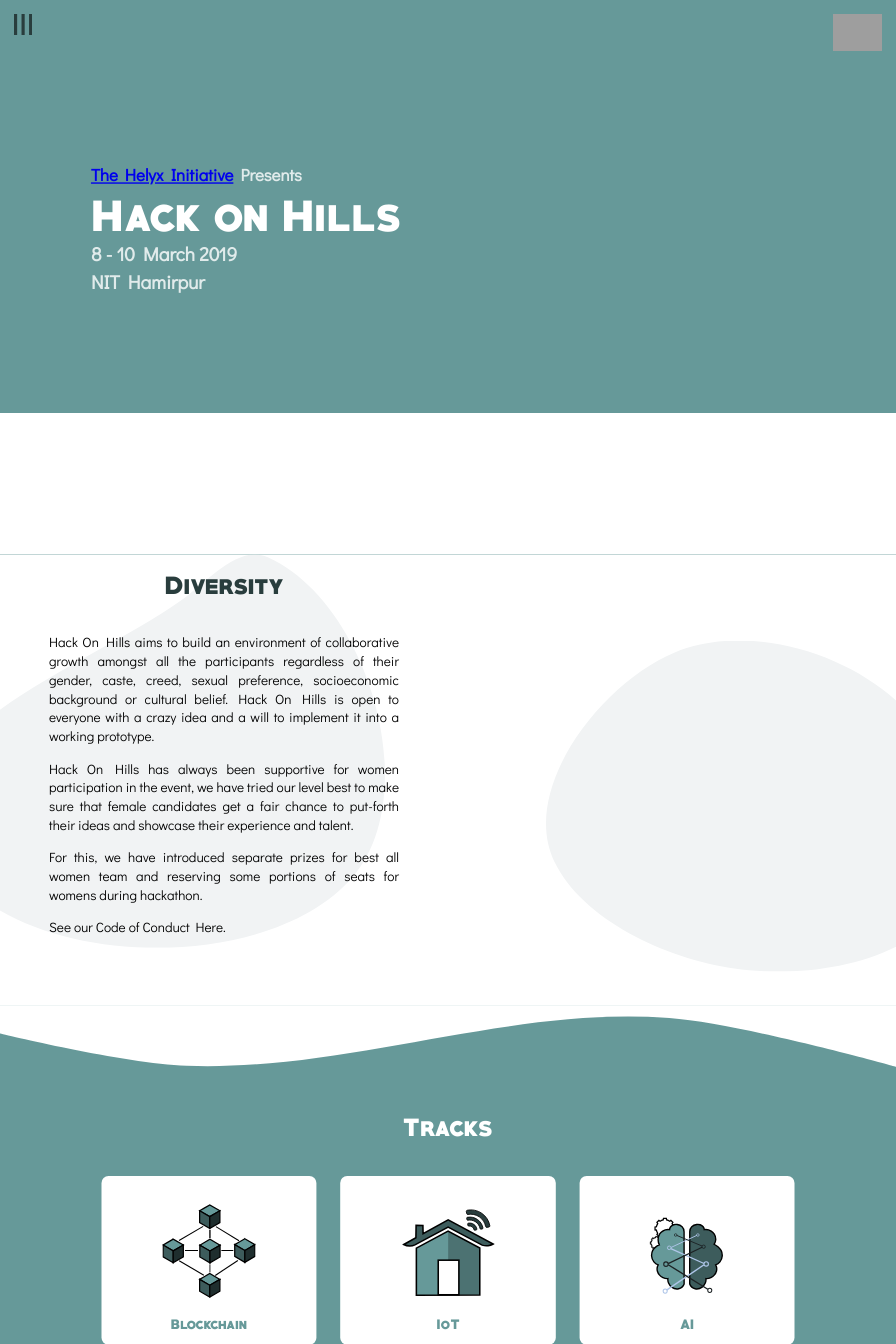
Repository: yashg4509/helyxhacksIII
Page: index.html
These files come from the project's save history. The page is drawn as it stood at one moment and after the next save; the edit follows.
The browser window is 1280 px wide. The pictures show the part of the page from y = 0 to 1920 px (the page is 8956 px tall), at 70% of full size.
Pictures or frames that could not be fetched are drawn as grey boxes. A picture or video elsewhere on the page could not be fetched, so the positions and the page height are approximate.

Above is the page before, as saved 2021-02-17 22:10:34.

### index.html
<!DOCTYPE html>
<html>
<head>
	<title> Helyx Hacks III</title>
	<meta http-equiv="Content-Type" content="text/html; charset=UTF-8">
	<meta name="viewport" content ="width=device-width, initial-scale=1.0, user-scalable=no">
	<meta name="description" content="Helyx Hacks III - Third edition of annual hackathon organized by The Helyx Initiative">
	<meta name="author" content="Yash Gupta <yash@helyxscience.org>">
	<link rel="shortcut icon" href="./images/new_logo.png" type="image/x-icon" />
	<link rel="stylesheet" type="text/css" href="./css/main.css">
	<link rel="stylesheet" type="text/css" href="./css/responsive.css">
	<link href="https://fonts.googleapis.com/css?family=Didact+Gothic" rel="stylesheet">
	<script src="https://code.jquery.com/jquery-3.3.1.js" integrity="sha256-2Kok7MbOyxpgUVvAk/HJ2jigOSYS2auK4Pfzbm7uH60=" crossorigin="anonymous"></script>
	<!-- <script>
		document.addEventListener('DOMContentLoaded', function () {
			let devfolioOptions = {
					buttonSelector: '#devfolio-apply-now',
					key: 'hackonhills',
			}

			let script = document.createElement('script');
			script.src = "https://apply.devfolio.co";
			document.head.append(script);

			script.onload = function () {
					new Devfolio(devfolioOptions);
					let e1 = document.createElement('div');
					e1.className = "button-back";
					document.getElementById("devfolio-apply-now").appendChild(e1);
			}

			script.onerror = function () {
					document.querySelector(devfolioOptions.buttonSelector).addEventListener('click', function () {
						window.location.href = 'https://devfolio.co/external-apply/' + devfolioOptions.key;
					});
			}
		});
	</script> -->
</head>
<body>
	<div class="header">
		<div class="blurred"></div>
		<ul class="nav">
			<li class="head">
				<span class="closeHeader">
					<img src="./images/cross.svg">
				</span>
			</li>
			<li class="navItem active"> Home </li>
			<li class="navItem"> Diversity </li>
			<!-- <li class="navItem"> Gallery </li> -->
			<li class="navItem"> Tracks </li>
			<li class="navItem"> Schedule </li>
			<li class="navItem"> Sponsors </li>
			<li class="navItem"> Prizes </li>
			<li class="navItem"> FAQs </li>
		</ul>
	</div>
	<div class="fullOverlay"></div>
	<div class="content">
		<div class="hamburger">
			<img src="./images/menu.svg">
		</div>
		<div class="appteam-logo">
			<!--<img src="./images/logo.svg" title="App Team NITH">-->
		</div>
		<div class="frame frame1">
			<img src="./images/back-1.svg" class="img-back">
			<div class="frame1-right">
				<img src="./images/frame1-icon.svg">
			</div>
			<div class="frame1-left">
				<div class="content">
					<div class="sponsor-name"> <a href="https://helyx.science" class="sponsor-link">The Helyx Initiative</a> Presents </div>
					<div class="name"> Hack on Hills</div><br>
					<div class="date"> 8 - 10 March 2019 </div><br>
					<div class="date"> NIT Hamirpur </div>
					<!-- <div class="devfolio">
						<button id="devfolio-apply-now"> Apply With Devfolio </button>
					</div> -->
				</div>
			</div>
			<div class="app-team-icon">
				<img src="./images/appteam.png">
			</div>
		</div>
		<div class="frame frame2">
			<img class="img-back-left" src="./images/back-2.svg">
			<img class="img-back" src="./images/back-3.svg">
			<div class="frame2-left">
				<img src="./images/frame1-right.svg">
			</div>
			<div class="frame2-right">
				<div class="name"> Diversity </div>
				<div class="content">
					<p>
						Hack On Hills aims to build an environment of collaborative growth amongst all the participants regardless of their gender, caste, creed, sexual preference, socioeconomic background or cultural belief. Hack On Hills is open to everyone with a crazy idea and a will to implement it into a working prototype.
					</p>
					<p>
						Hack On Hills has always been supportive for women participation in the event, we have tried our level best to make sure that female candidates get a fair chance to put-forth their ideas and showcase their experience and talent.
					</p>
					<p>
						For this, we have introduced separate prizes for best all women team and reserving some portions of seats for womens during hackathon.
					</p>
					<p>
						See our Code of Conduct <a href="https://hackcodeofconduct.org/847-hack_on_hills" target="__blank">Here</a>.
					</p>
				</div>
			</div>
		</div>
		<div class="frame frame3">
			<img src="./images/back-4.svg" class="img-back">
			<img src="./images/back-5.svg" class="img-back-bottom">
			<div class="frame5-content">
				<div class="name"> Tracks </div>
				<div class="track-icons">
					<div class="a-track">
						<div class="colorless">
							<img src="./images/Tracks/blockchain.svg">
						</div>
						<div class="colorful">
							<img src="./images/Tracks/blockchain-color.svg">
						</div>
						<div class="track-name">
							Blockchain
						</div>
					</div>
					<div class="a-track">
						<div class="colorless">
							<img src="./images/Tracks/iot.svg">
						</div>
						<div class="colorful">
							<img src="./images/Tracks/iot-color.svg">
						</div>
						<div class="track-name">
							IoT
						</div>
					</div>
					<div class="a-track">
						<div class="colorless">
							<img src="./images/Tracks/ai.svg">
						</div>
						<div class="colorful">
							<img src="./images/Tracks/ai-color.svg">
						</div>

						<div class="track-name">
							AI
						</div>
					</div>
					<div class="a-track">
						<div class="colorless">
							<img src="./images/Tracks/webapp.svg">
						</div>
						<div class="colorful">
							<img src="./images/Tracks/webapp-color.svg">
						</div>
						<div class="track-name">
							Web&nbsp;/&nbsp;App
						</div>
					</div>
					<div class="a-track">
						<div class="colorless">
							<img src="./images/Tracks/vr.svg">
						</div>
						<div class="colorful">
							<img src="./images/Tracks/vr-color.svg">
						</div>
						<div class="track-name">
							AR&nbsp;/&nbsp;VR
						</div>
					</div>
					<div class="a-track">
						<div class="colorless">
							<img src="./images/Tracks/general.svg">
						</div>
						<div class="colorful">
							<img src="./images/Tracks/general-color.svg">
						</div>
						<div class="track-name">
							General
						</div>
					</div>
				</div>
			</div>
		</div>
		<div class="frame frame4">
			<img class="img-back-left" src="./images/back-3.svg">
			<img class="img-back" src="./images/back-2.svg">
			<div class="frame4-left">
				<img src="./images/frame2-right.svg">
			</div>
			<div class="frame4-right">
				<div class="name"> Timeline </div>
				<div class="timeline">
					<div class="schedule schedule-1">
						<div class="dot"></div>
						<div class="schedule-content">
							<div class="schedule-date"> 8th March 2019 </div>
							<div class="schedule-title"> Opening Ceremony and Pre Hackathon meet </div>
							<div class="schedule-text"> <span class="schedule-time"> 4:00 PM - </span> Inauguration </div>
							<div class="schedule-text"> <span class="schedule-time"> 4:25 PM - 4:30 PM - </span> Schedule + Rules of Events </div>
							<div class="schedule-text"> <span class="schedule-time"> 4:30 PM - 5:00 PM - </span> Github Keynote </div>
							<div class="schedule-text"> <span class="schedule-time"> 5:00 PM - 5:30 PM - </span> Mozilla AR/VA Talk </div>
							<div class="schedule-text"> <span class="schedule-time"> 5:30 PM - 6:00 PM - </span> Coding Blocks ML Talk </div>
							<div class="schedule-text"> <span class="schedule-time"> 6:00 PM - 7:00 PM - </span> Doubts and Team formation discussions </div>
						</div>
					</div>
					<div class="schedule schedule-2">
						<div class="dot"></div>
						<div class="schedule-content">
							<div class="schedule-date"> 9th March 2019 </div>
							<div class="schedule-title"> Hacking begins </div>
							<div class="schedule-text"> <span class="schedule-time"> 8:00 AM - </span> Commencement of Hackathon Day-1 </div>
							<div class="schedule-text"> <span class="schedule-time"> 11:00 AM - 12:00 PM - </span> Coding Blocks ML Workshop </div>
							<div class="schedule-text"> <span class="schedule-time"> 2:00 PM - 8:00 PM - </span> Evaluation Day-1 </div>
							<div class="schedule-text"> <span class="schedule-time"> 2:00 PM - 3:00 PM - </span> Github Workshop </div>
							<div class="schedule-text"> <span class="schedule-time"> 3:00 PM - 3:30 PM - </span> Quicknode Workshop </div>
						</div>
					</div>
					<div class="schedule schedule-3">
						<div class="dot"></div>
						<div class="schedule-content">
							<div class="schedule-date"> 10th March 2019 </div>
							<div class="schedule-title"> Presentation and Judgement </div>
							<div class="schedule-text"> <span class="schedule-time"> 1:30 PM - 4:00 PM - </span> Evaluation Day-2 </div>
							<div class="schedule-text"> <span class="schedule-time"> 4:00 PM - </span> Code Submission Deadline on Devfolio </div>
							<div class="schedule-text"> <span class="schedule-time"> 4:00 PM - 5:00 PM - </span> Photoshoot </div>
							<div class="schedule-text"> <span class="schedule-time"> 5:00 PM - 5:30 PM - </span> Announcement of Teams for Presentation </div>
							<div class="schedule-text"> <span class="schedule-time"> 5:30 PM - 7:30 PM - </span> Presentations of Selected Teams </div>
							<div class="schedule-text"> <span class="schedule-time"> 7:30 PM - 7:45 PM - </span> Felicitation </div>
							<div class="schedule-text"> <span class="schedule-time"> 7:45 PM - 8:00 PM - </span> Prize Distribution </div>
							<div class="schedule-text"> <span class="schedule-time"> 8:00 PM - 8:15 PM - </span> Vote of Thanks </div>
						</div>
					</div>
				</div>
			</div>
		</div>
		<div class="frame frame5">
			<img src="./images/back-4.svg" class="img-back">
			<img src="./images/back-5.svg" class="img-back-bottom">
			<div class="frame5-content">
				<div class="name"> Sponsors </div>
				<div class="sponsor-icons">
					<div class="sponsor-icon main-sponsor">
						<a href="http://github.com/" target="__blank"><img src="./images/Sponsors/GitHub_Logo.png"></a>
					</div>
					<div class="sponsor-icon">
						<a href="https://ebizontek.com/" target="__blank"><img src="./images/Sponsors/EbizON-LOGO.png"></a>
					</div>
					<div class="sponsor-icon dev-icon">
						<a href="https://devfolio.co/" target="__blank"><img src="./images/Sponsors/devfolio.png"></a>
					</div>
					<div class="sponsor-icon">
						<a href="https://simbachain.com/" target="__blank"><img src="./images/Sponsors/SIMBA_logo-h.png"></a>
					</div>
					<div class="sponsor-icon square-icon">
						<a href="https://quiknode.io/" target="__blank"><img src="./images/Sponsors/QuikNode.png"></a>
					</div>
					<div class="sponsor-icon">
						<a href="https://matic.network/" target="__blank"><img src="./images/Sponsors/Matic_Logo.png"></a>
					</div>
					<div class="sponsor-icon dev-icon">
						<a href="https://metabrainz.org/" target="__blank"><img src="./images/Sponsors/meta.png"></a>
					</div>
					<div class="sponsor-icon">
						<a href="https://about.gitlab.com/" target="__blank"><img src="./images/Sponsors/gitlab.png"></a>
					</div>
					<div class="sponsor-icon square-icon">
						<a href="https://himachal.nic.in/en-IN/" target="__blank"><img src="./images/Sponsors/himachal govt logo.png"></a>
					</div>
					<div class="sponsor-icon dev-icon">
						<a href="https://codingblocks.com/" target="__blank"><img src="./images/Sponsors/Logo_DarkGrey_ NoShadow.png"></a>
					</div>
					<div class="sponsor-icon square-icon">
						<a href="https://zulipchat.com/" target="__blank"><img src="./images/Sponsors/zulip-logo.png"></a>
					</div>
					<div class="sponsor-icon">
						<a href="https://hasura.io/" target="__blank"><img src="./images/Sponsors/hasura_logo_horizontal_black.png"></a>
					</div>
					<div class="sponsor-icon">
						<a href="https://www.roposo.com/" target="__blank"><img src="./images/Sponsors/roposo.png"></a>
					</div>

					<div class="sponsor-icon">
						<a href="https://socialcops.com/" target="__blank"><img src="./images/Sponsors/socialcops.png"></a>
					</div>
					<div class="sponsor-icon dev-icon">
						<a href="https://www.stickermule.com/" target="__blank"><img src="./images/Sponsors/sticker-mule-logo-dark.png"></a>
					</div>
					<div class="sponsor-icon dev-icon">
						<a href="https://www.stickwidit.com/" target="__blank"><img src="./images/Sponsors/stickwidit.png"></a>
					</div>
					<div class="sponsor-icon square-icon">
						<a href="https://duassassins.in/" target="__blank"><img src="./images/Sponsors/Team Du Assassins!  20180619_140523.jpg"></a>
					</div>
					<div class="sponsor-icon dev-icon">
						<a href="https://www.hellointern.com/" target="__blank"><img src="./images/Sponsors/HI-Logo-PNG.png"></a>
					</div>
					<div class="sponsor-icon dev-icon">
						<a href="http://ohcampus.com/v2/" target="__blank"><img src="./images/Sponsors/OhCampus New Logo.png"></a>
					</div>
					<div class="sponsor-icon middle-icon">
						<a href="https://www.producthunt.com/" target="__blank"><img src="./images/Sponsors/product-hunt.png"></a>
					</div>
					<div class="sponsor-icon square-icon">
						<a href="https://www.jetbrains.com/" target="__blank"><img src="./images/Sponsors/JetBrains-Logo.svg"></a>
					</div>
					<div class="sponsor-icon">
						<a href="https://www.sketchapp.com/" target="__blank"><img src="./images/Sponsors/sketch-logo-light-transparent@2x.png"></a>
					</div>
					<div class="sponsor-icon square-icon">
						<a href="https://www.creative-tim.com/" target="__blank"><img src="./images/Sponsors/Creative-tim.png"></a>
					</div>
					<div class="sponsor-icon">
						<a href="https://www.bugsee.com/" target="__blank"><img src="./images/Sponsors/bugsee.png"></a>
					</div>
				</div>
				<div class="frame5-text">
					Interested in making 'Hack on Hills' a huge success.<br>
					Come join us by sponsoring us. Check the &nbsp;<a href="./pdf/sponsorship-brochure.pdf" target="__blank">Sponsorship Brochure</a>&nbsp; for more details.
				</div>
			</div>
		</div>
		<div class="frame frame6">
			<img src="./images/back-6.svg" class="img-back-left">
			<img src="./images/back-7.svg" class="img-back-right">
			<div class="name"> Prizes </div>
			<div class="prizes">
				<div class="prizes-cont">
					<div class="prize">
						<div class="prize-img">
							<img src="./images/new_logo.png">
						</div>
						<div class="prize-text">
							First Prize : ₹ 15000 Cash
						</div>
					</div>
					<div class="prize">
						<div class="prize-img">
							<img src="./images/new_logo.png">
						</div>
						<div class="prize-text">
							Second Prize : ₹ 10000 Cash
						</div>
					</div>
					<div class="prize">
						<div class="prize-img">
							<img src="./images/new_logo.png">
						</div>
						<div class="prize-text">
							Third Prize : ₹ 5000 Cash
						</div>
					</div>
					<div class="prize">
						<div class="prize-img">
							<img src="./images/new_logo.png">
						</div>
						<div class="prize-text">
							Most Innovative : ₹ 5000 Cash
						</div>
					</div>
					<div class="prize">
						<div class="prize-img">
							<img src="./images/new_logo.png">
						</div>
						<div class="prize-text">
							Diversity Prize : ₹ 5000 Cash
						</div>
					</div>
					<div class="prize">
						<div class="prize-img">
							<img src="./images/new_logo.png">
						</div>
						<div class="prize-text">
							Best social media post tagging Hack on Hills - Special Schwags
						</div>
					</div>
					<div class="prize">
						<div class="prize-img">
							<img class="img-square" src="./images/Sponsors/zulip-logo.png">
						</div>
						<div class="prize-text">
							Best App using Zulip API - 100$
						</div>
					</div>
					<div class="prize">
						<div class="prize-img">
							<img src="./images/Sponsors/hasura_logo_horizontal_black.png">
						</div>
						<div class="prize-text">
							Best App using GraphQL - ₹ 5000 Flipkart Voucher
						</div>
					</div>
					<div class="prize">
						<div class="prize-img">
							<img src="./images/Sponsors/Matic_Logo.png">
						</div>
						<div class="prize-text">
							Best Ethereum App - ₹ 5000 Cash
						</div>
					</div>
					<div class="prize">
						<div class="prize-img">
							<img src="./images/Sponsors/devfolio.png">
						</div>
						<div class="prize-text">
							Participants developing Ethereum applications - Devfolio T-shirt
						</div>
					</div>
					<div class="prize">
						<div class="prize-img">
							<img src="./images/Sponsors/devfolio.png">
						</div>
						<div class="prize-text">
							Top 3 teams - T-Shirts/Bags and Coupons
						</div>
					</div>
					<div class="prize">
						<div class="prize-img">
							<img src="./images/Sponsors/roposo.png">
						</div>
						<div class="prize-text">
							Top 10 teams - Placement Opportunities
						</div>
					</div>
					<div class="prize">
						<div class="prize-img">
							<img src="./images/Sponsors/socialcops.png">
						</div>
						<div class="prize-text">
							Top 5 teams - Placement Opportunities
						</div>
					</div>
					<div class="prize">
						<div class="prize-img">
							<img src="./images/Sponsors/bugsee.png">
						</div>
						<div class="prize-text">
							Top 3 teams - $1000 Bugsee Credit
						</div>
					</div>
					<div class="prize">
						<div class="prize-img">
							<img src="./images/Sponsors/sketch-logo-light-transparent@2x.png">
						</div>
						<div class="prize-text">
							Top 3 teams -Sketch License
						</div>
					</div>
					<div class="prize">
						<div class="prize-img">
							<img src="./images/Sponsors/sketch-logo-light-transparent@2x.png">
						</div>
						<div class="prize-text">
							3 Licenses to be raffled among Participants
						</div>
					</div>
					<div class="prize">
						<div class="prize-img">
							<img class="img-square" src="./images/Sponsors/Creative-tim.png">
						</div>
						<div class="prize-text">
							Top 3 Teams - Access to their premium products
						</div>
					</div>
				</div>
			</div>
		</div>
		<div class="frame frame7">
			<img src="./images/back-4.svg" class="img-back">
			<img src="./images/back-5.svg" class="img-back-bottom">
			<div class="frame7-content">
				<div class="name">
					FAQs
				</div>
				<div class="faq">
					<div class="question">
						Is this hackathon an online event or offline?
					</div>
					<div class="answer">
						Hack on hills is offline event and as a participant you need to be present at NIT Hamirpur campus one or two day before the event at least.
					</div>

				</div>
				<div class="faq">
					<div class="question">
						Do this hackathon has any participation fees for students?
					</div>
					<div class="answer">
						No. The hackathon is free of cost for any student from any college all over India.
					</div>
				</div>
				<div class="faq">
					<div class="question">
						What are all the restrictions on Team formations for the event?
					</div>
					<div class="answer">
						A team can have at most 4 members and minimum of 2 members.
					</div>
				</div>
				<div class="faq">
					<div class="question">
						What should I do if I do not have any team yet?
					</div>
					<div class="answer">
						Just fill out the application form and according to skills you have filled out, we will match you with the best team possible during Pre-Hackathon meeting.
					</div>
				</div>
				<div class="faq">
					<div class="question">
						What are the Perks and Benefits of Participating in this Hackathon?
					</div>
					<div class="answer">
						Hackathon Provide hands on experience with the experts from different field working on the Projects like Blockchain, AI, Machine Learning, etc. This will help to give a head start if any one want to make project on the field. Along with that the participant will be provided with cool swags, stickers and refreshments to keep them up.
					</div>
				</div>
				<div class="faq">
					<div class="question">
						What are the Accommodation Facility for the Participant from Outside the College?
					</div>
					<div class="answer">
						Participant will be provided with Accommodation and Food in the Guest House of the College during the Hackathon Period.
					</div>
				</div>
				<div class="faq">
					<div class="question">
						How to reach NIT Hamirpur for the event?
					</div>
					<div class="answer">
						The nearest airport is Dharamshala (Gaggal, district Kangra). You can easily find flights from Delhi airport to Gaggal airport. From Gaggal bus stand, you have to take bus or private taxi to Hamirpur. Otherwise, direct buses to Hamirpur is also available from Delhi ISBT, from Chandigarh and from other places.
					</div>
				</div>
				<div class="faq">
					<div class="question">
						I have a question related to hackathon which is not listed above. What should I do?
					</div>
					<div class="answer">
						Feel free to reach us out. Just drop us a mail at <a href="mailto:hackonhills@gmail.com">hackonhills@gmail.com</a><br>
						You can also contact one of our organizers: Nitin (+91-8619295061), Aditya (+91-7976223877), Jatin (+91-7018352269)
					</div>
				</div>
			</div>
		</div>
		<div class="frame frame8">
			<div class="footer-icons">
				<a href="https://github.com/appteam-nith/HackOnHills" target="__blank"><img src="./images/github-color.svg"></a>
				<a href="https://www.facebook.com/hackonhills/" target="__blank"><img src="./images/fb-color.svg"></a>
				<a href="https://www.instagram.com/hackonhills/" target="__blank"><img src="./images/insta-color.svg"></a>
				<a href="https://twitter.com/hackonhills" target="__blank"><img src="./images/twitter-color.svg"></a>
				<a href="https://www.linkedin.com/company/hack-on-hills/" target="__blank"><img src="./images/linkedin-color.svg"></a>
				<a href="mailto:hackonhills@gmail.com"><img src="./images/email-color.svg"></a>
			</div>
			<div class="footer-text">
				<a href="https://hackcodeofconduct.org/847-hack_on_hills" target="__blank"> Code of Conduct </a>
			</div>
			<div class="footer-text">
				&copy; 2019 Team Hack on Hills
			</div>
			Made with &nbsp;&nbsp;<span class="heart">❤️</span>
		</div>
	</div>
	<script type="text/javascript" src="./js/menu.js"></script>
</body>
</html>

Loaded but not shown: images/frame1-right.svg (7954 lines, source omitted); images/frame2-right.svg (4425 lines, source omitted); js/menu.js (87 lines, source omitted); css/main.css (902 lines, source omitted); css/responsive.css (263 lines, source omitted)

After the next save:
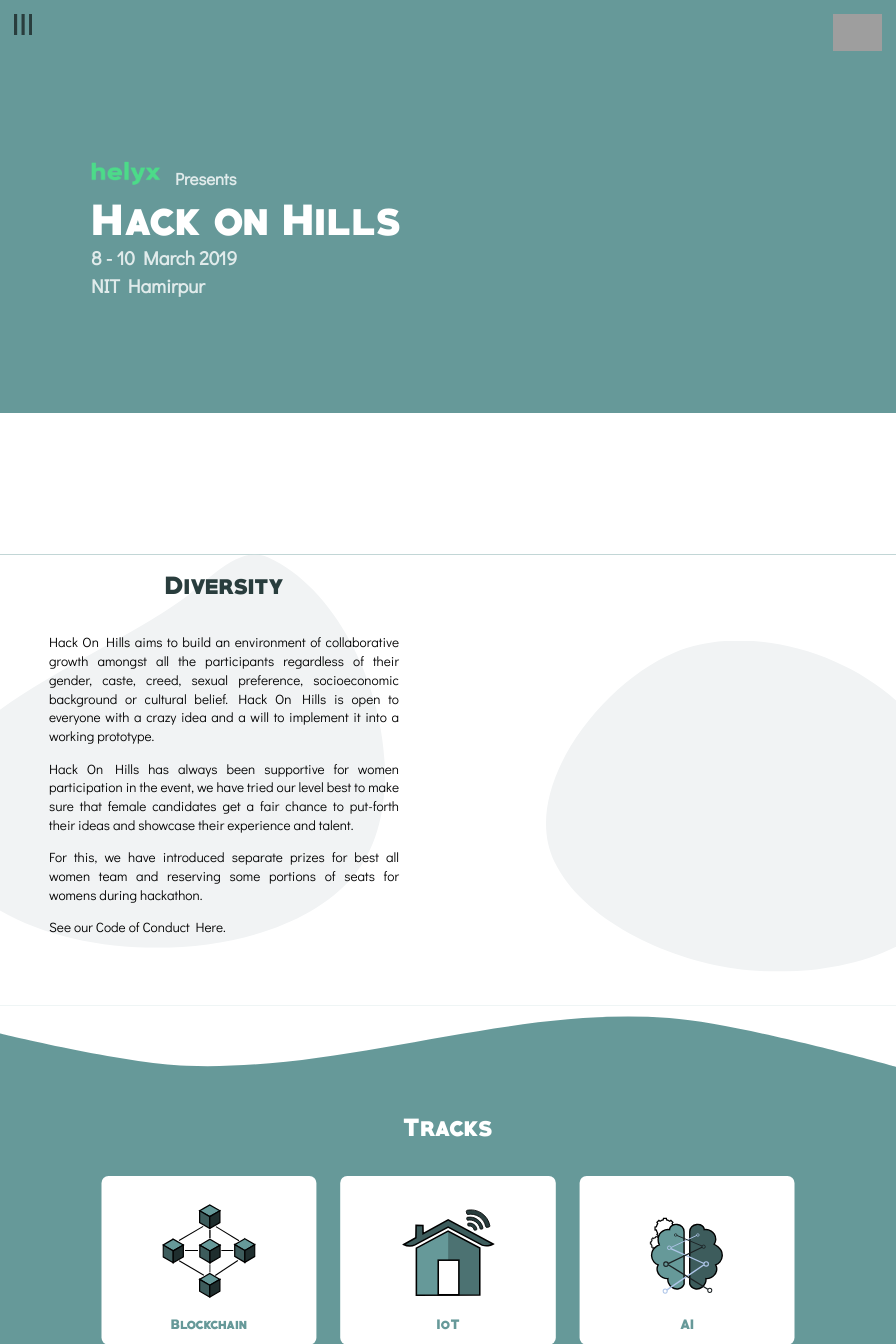
Saved 95 s later.
--- a/index.html
+++ b/index.html
@@ -71,7 +71,7 @@
 			</div>
 			<div class="frame1-left">
 				<div class="content">
-					<div class="sponsor-name"> <a href="https://helyx.science" class="sponsor-link">The Helyx Initiative</a> Presents </div>
+					<div class="sponsor-name"> <img src="./images/Helyx_Logo.png" class="github-home-icon"> Presents </div>
 					<div class="name"> Hack on Hills</div><br>
 					<div class="date"> 8 - 10 March 2019 </div><br>
 					<div class="date"> NIT Hamirpur </div>
